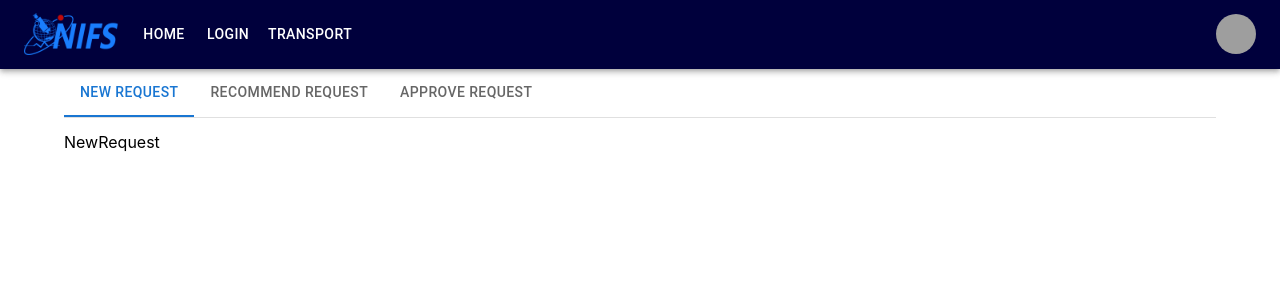
Repository: Ravindu97/NIFS_WebApplication
Page: /transport (app in client/)
The author's editor kept a copy of each file at every save. The page is drawn from the files as they stood at one save, then again after the next save.
The browser window is 1280 px wide. The pictures show the whole page.
Pictures or frames that could not be fetched are drawn as grey boxes. The project was rebuilt for these pictures with package versions that can differ from the ones it lists, and the page was loaded fresh each time. Also part of the build but not shown: client/src/pages/Home.js, client/src/pages/Login.js, client/src/components/Transport/RecommendedRequest.js, client/src/components/Transport/ApproveRequest.js.

Above is the page before, as saved 2022-06-30 20:50:02.

### client/src/index.css
body {
  margin: 0;
  font-family: -apple-system, BlinkMacSystemFont, 'Segoe UI', 'Roboto', 'Oxygen',
    'Ubuntu', 'Cantarell', 'Fira Sans', 'Droid Sans', 'Helvetica Neue',
    sans-serif;
  -webkit-font-smoothing: antialiased;
  -moz-osx-font-smoothing: grayscale;
}

:root{
  --main-navbar-back: #00003c;

}


.nav-logo{
  width: 100px;
  height: auto;
}

.main-navbar{
  background-color: var(--main-navbar-back) !important;
}

.secondary-navbar{
  margin-top: 2vh;
  margin: auto;
}

.body-content{
  margin: auto;
  width: 90%;
  margin-top: 2vh;
}

### client/src/App.js
import * as React from 'react';
import { BrowserRouter as Router, Route, Routes } from 'react-router-dom';
import Navbar from './components/shared/Navbar';
import Home from './pages/Home';
import Login from './pages/Login';
import TransportMainPage from './pages/TransportMainPage';

function App() {
	return (
		<div>
			<Router>
				<Navbar />
				<Routes>
					<Route exact path="/" element={<Home />} />
					<Route exact path="/login" element={<Login />} />
					<Route exact path="/transport/*" element={<TransportMainPage />} />
				</Routes>
			</Router>
		</div>
	);
}

export default App;

### client/src/components/shared/Navbar.js
import * as React from 'react';
import AppBar from '@mui/material/AppBar';
import Box from '@mui/material/Box';
import Toolbar from '@mui/material/Toolbar';
import IconButton from '@mui/material/IconButton';
import Typography from '@mui/material/Typography';
import Menu from '@mui/material/Menu';
import MenuIcon from '@mui/icons-material/Menu';
import Container from '@mui/material/Container';
import Avatar from '@mui/material/Avatar';
import Button from '@mui/material/Button';
import Tooltip from '@mui/material/Tooltip';
import MenuItem from '@mui/material/MenuItem';
import { Link } from 'react-router-dom';
import Logo from '../../images/nifs_logo.png';

const Navbar = () => {
	const pages = [
		{
			id: 0,
			title: 'Home',
			link: '/',
		},
		{
			id: 1,
			title: 'Login',
			link: '/login',
		},
		{
			id: 2,
			title: 'Transport',
			link: '/transport',
		},
	];

	const settings = [
		{
			id: 0,
			title: 'Home',
			link: '/',
		},
		{
			id: 1,
			title: 'Login',
			link: '/login',
		},
		{
			id: 2,
			title: 'Transport',
			link: '/transport',
		},
	];

	const [anchorElNav, setAnchorElNav] = React.useState(null);
	const [anchorElUser, setAnchorElUser] = React.useState(null);

	const handleOpenNavMenu = (event) => {
		setAnchorElNav(event.currentTarget);
	};
	const handleOpenUserMenu = (event) => {
		setAnchorElUser(event.currentTarget);
	};

	const handleCloseNavMenu = () => {
		setAnchorElNav(null);
	};

	const handleCloseUserMenu = () => {
		setAnchorElUser(null);
	};

	return (
		<AppBar position="static" className="main-navbar">
			<Container maxWidth="xl">
				<Toolbar disableGutters>
					{/* <AdbIcon sx={{ display: { xs: 'none', md: 'flex' }, mr: 1 }} /> */}
					<Box sx={{ display: { xs: 'none', md: 'flex' }, mr: 1 }}>
						<img src={Logo} alt="logo" className="nav-logo" />
					</Box>

					<Box sx={{ flexGrow: 1, display: { xs: 'flex', md: 'none' } }}>
						<IconButton
							size="large"
							aria-label="account of current user"
							aria-controls="menu-appbar"
							aria-haspopup="true"
							onClick={handleOpenNavMenu}
							color="inherit"
						>
							<MenuIcon />
						</IconButton>
						<Menu
							id="menu-appbar"
							anchorEl={anchorElNav}
							anchorOrigin={{
								vertical: 'bottom',
								horizontal: 'left',
							}}
							keepMounted
							transformOrigin={{
								vertical: 'top',
								horizontal: 'left',
							}}
							open={Boolean(anchorElNav)}
							onClose={handleCloseNavMenu}
							sx={{
								display: { xs: 'block', md: 'none' },
							}}
						>
							{pages &&
								pages.map((page) => (
									<MenuItem key={page.id} onClick={handleCloseNavMenu}>
										<Link to={page.link} style={{ textDecoration: 'none' }}>
											<Typography textAlign="center">{page.title}</Typography>
										</Link>
									</MenuItem>
								))}
						</Menu>
					</Box>

					<Box
						sx={{
							mr: 2,
							display: { xs: 'flex', md: 'none' },
							flexGrow: 1,
						}}
					>
						<img src={Logo} alt="logo" className="nav-logo" />
					</Box>

					<Box sx={{ flexGrow: 1, display: { xs: 'none', md: 'flex' } }}>
						{pages &&
							pages.map((page) => (
								<Link to={page.link} style={{ textDecoration: 'none' }}>
									<Button
										key={page.id}
										onClick={handleCloseNavMenu}
										sx={{ my: 2, color: 'white', display: 'block' }}
									>
										{page.title}
									</Button>
								</Link>
							))}
					</Box>

					<Box sx={{ flexGrow: 0 }}>
						<Tooltip title="Open settings">
							<IconButton onClick={handleOpenUserMenu} sx={{ p: 0 }}>
								<Avatar
									alt="Remy Sharp"
									src="https://images.unsplash.com/photo-1566753323558-f4e0952af115?ixlib=rb-1.2.1&ixid=MnwxMjA3fDB8MHxzZWFyY2h8MXx8bWFsZXxlbnwwfHwwfHw%3D&w=1000&q=80"
								/>
							</IconButton>
						</Tooltip>
						<Menu
							sx={{ mt: '45px' }}
							id="menu-appbar"
							anchorEl={anchorElUser}
							anchorOrigin={{
								vertical: 'top',
								horizontal: 'right',
							}}
							keepMounted
							transformOrigin={{
								vertical: 'top',
								horizontal: 'right',
							}}
							open={Boolean(anchorElUser)}
							onClose={handleCloseUserMenu}
						>
							{settings.map((setting) => (
								<MenuItem key={setting.id} onClick={handleCloseUserMenu}>
									<Typography textAlign="center">{setting.title}</Typography>
								</MenuItem>
							))}
						</Menu>
					</Box>
				</Toolbar>
			</Container>
		</AppBar>
	);
};
export default Navbar;

### client/src/pages/TransportMainPage.js
import React from 'react';

import TransportNavbar from '../components/Transport/shared/TransportNavbar';
import { Route, Routes } from 'react-router-dom';
import NewRequest from '../components/Transport/NewRequest';
import RecommendedRequest from '../components/Transport/RecommendedRequest';
import ApproveRequest from '../components/Transport/ApproveRequest';

function TransportMainPage() {
	return (
		<div>
			<TransportNavbar />
			<div className="body-content">
				<Routes>
					<Route exact path="/" element={<NewRequest />} />
					<Route exact path="/recommend" element={<RecommendedRequest />} />
					<Route exact path="/approve" element={<ApproveRequest />} />
				</Routes>
			</div>
		</div>
	);
}

export default TransportMainPage;

### client/src/components/Transport/shared/TransportNavbar.js
import * as React from 'react';
import Tabs from '@mui/material/Tabs';
import Tab from '@mui/material/Tab';
import Box from '@mui/material/Box';
import { Link, useLocation } from 'react-router-dom';

export default function TransportNavbar() {
	const location = useLocation();
	console.log(location);
	const pages = [
		{
			id: 0,
			title: 'New Request',
			link: '/transport',
		},
		{
			id: 1,
			title: 'Recommend Request',
			link: '/transport/recommend',
		},
		{
			id: 2,
			title: 'Approve Request',
			link: '/transport/approve',
		},
	];

	return (
		<Box sx={{ width: '90%' }} className="secondary-navbar">
			<Box sx={{ borderBottom: 1, borderColor: 'divider' }}>
				<Tabs value={location.pathname}>
					{pages &&
						pages.map((page) => (
							<Tab
								key={page.id}
								label={page.title}
								value={page.link}
								component={Link}
								to={page.link}
							/>
						))}
				</Tabs>
			</Box>
		</Box>
	);
}

### client/src/components/Transport/NewRequest.js
import React from 'react';

function NewRequest() {
	return <div>NewRequest</div>;
}

export default NewRequest;

Loaded but not shown: client/src/index.js (common file); client/src/reportWebVitals.js (common file)

After the next save:
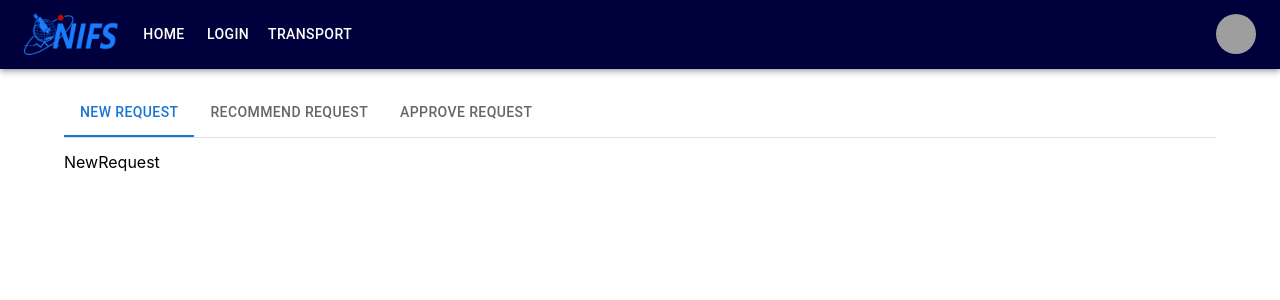
Saved 26 s later.
--- a/client/src/components/Transport/shared/TransportNavbar.js
+++ b/client/src/components/Transport/shared/TransportNavbar.js
@@ -26,7 +26,7 @@
 	];
 
 	return (
-		<Box sx={{ width: '90%' }} className="secondary-navbar">
+		<Box sx={{ width: '90%', marginTop: '20px' }} className="secondary-navbar">
 			<Box sx={{ borderBottom: 1, borderColor: 'divider' }}>
 				<Tabs value={location.pathname}>
 					{pages &&

After the save that followed:
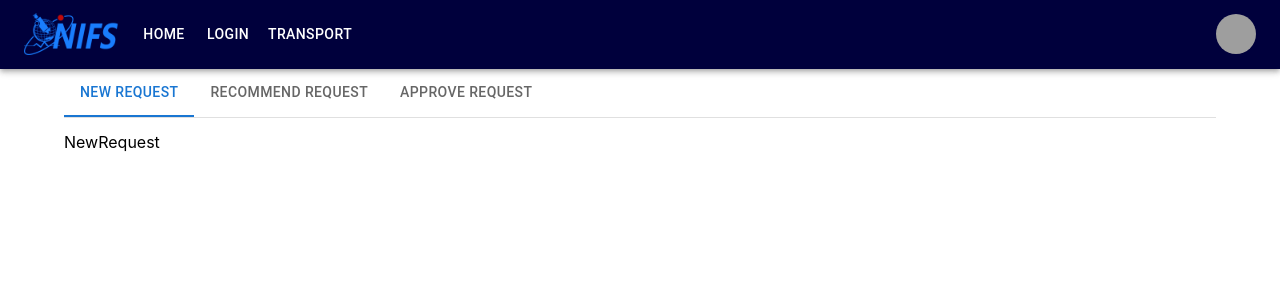
Saved 5 s later.
--- a/client/src/components/Transport/shared/TransportNavbar.js
+++ b/client/src/components/Transport/shared/TransportNavbar.js
@@ -26,7 +26,7 @@
 	];
 
 	return (
-		<Box sx={{ width: '90%', marginTop: '20px' }} className="secondary-navbar">
+		<Box sx={{ width: '90%', marginTop: '' }} className="secondary-navbar">
 			<Box sx={{ borderBottom: 1, borderColor: 'divider' }}>
 				<Tabs value={location.pathname}>
 					{pages &&
